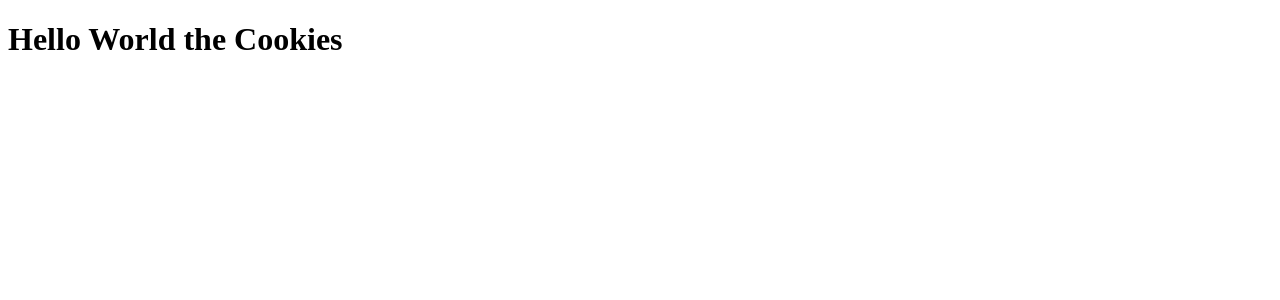
Repository: pavan-codeater/Spring-Projects
Page: http://localhost/spring-security-demo-03-custom-login-bootstrap/
An editor plug-in stored every save of this project. The page is shown before and after the next save, followed by the edit.
The browser window is 1280 px wide. The pictures show the whole page.
The page is served by Tomcat 9. Other server files are loaded and not shown.

Above is the page before, as saved 2023-03-12 09:17:56.

### spring-security-demo-03-custom-login-bootstrap/src/main/webapp/WEB-INF/view/home.jsp

    <%@ taglib prefix="form" uri="http://www.springframework.org/tags/form" %>
<!DOCTYPE html>
<html>
<head>
<meta charset="ISO-8859-1">
<title>Insert title here</title>
</head>
<body>

<h1>Hello World the Cookies</h1>


<form:form action="${pageContext.request.contextPath}/logout">



</form:form>


</body>
</html>

After the next save:
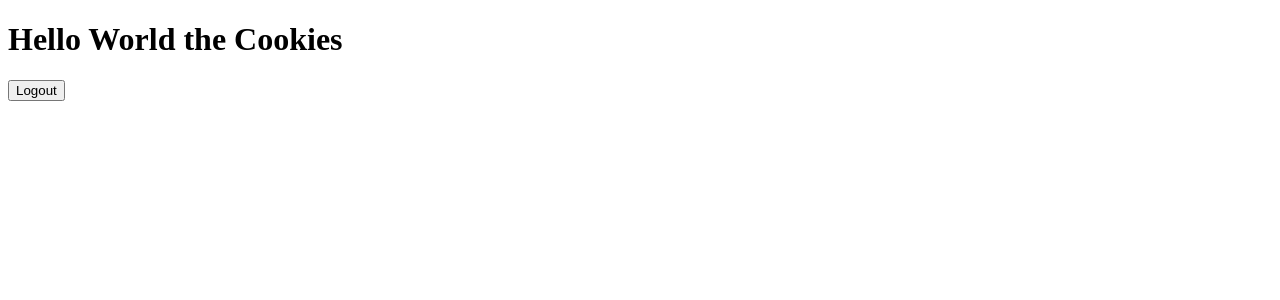
Saved 30 s later.
--- a/spring-security-demo-03-custom-login-bootstrap/src/main/webapp/WEB-INF/view/home.jsp
+++ b/spring-security-demo-03-custom-login-bootstrap/src/main/webapp/WEB-INF/view/home.jsp
@@ -13,7 +13,7 @@
 
 <form:form action="${pageContext.request.contextPath}/logout">
 
-
+  <input type="submit" value="Logout">
 
 </form:form>
 
